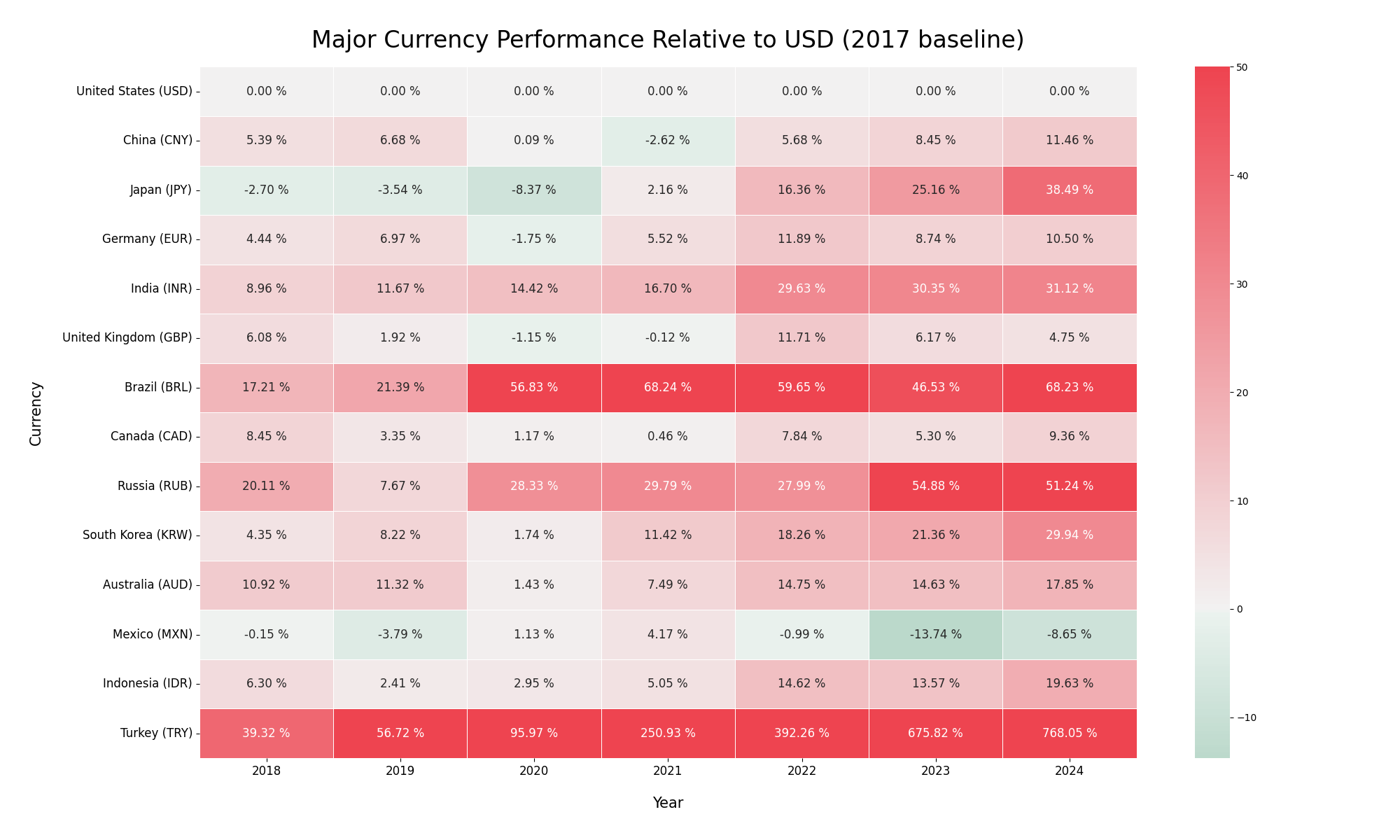
Repository: Lukeshirley/Global_Currencies_vs_USD
Script's output: python visualize_data.py
The author's editor kept a copy of each file at every save. The script's output is drawn from the files as they stood at one save, then again after the next save.
Figures wider than 1,400 px are first shrunk to that width. Random numbers start from a fixed seed.

Above is the script's output before, as saved 2024-07-23 08:57:06.

After the next save:
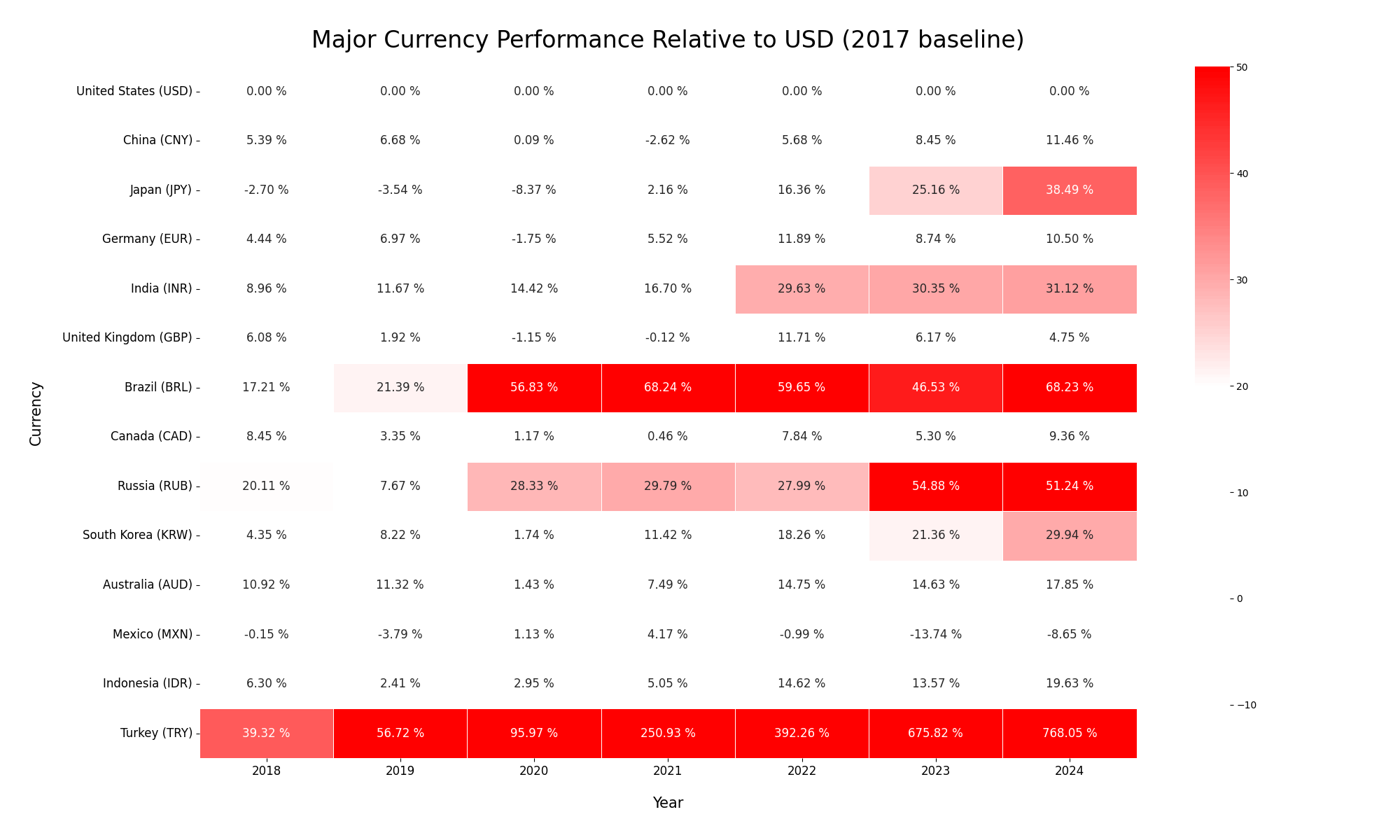
Saved 9 min 1 s later.
--- a/visualize_data.py
+++ b/visualize_data.py
@@ -1,6 +1,7 @@
 import pandas as pd
 import seaborn as sns
 import matplotlib.pyplot as plt
+from matplotlib.colors import LinearSegmentedColormap
 
 def format_for_heatmap(value):
     try:
@@ -47,9 +48,12 @@
     # Convert the percentage values for heatmap visualization
     df_filtered_values = df_filtered.applymap(format_for_heatmap)
 
+    # Custom colormap
+    colors = [(0, 'green'), (0.3, 'white'), (0.7, 'white'), (1, 'red')]
+    cmap = LinearSegmentedColormap.from_list('custom_red_green', colors, N=256)
+
     plt.figure(figsize=(20, 12))
-    cmap = sns.diverging_palette(150, 10, s=80, l=55, n=9, as_cmap=True)  # Green and Red
-    sns.heatmap(df_filtered_values, annot=df_filtered, cmap=cmap, fmt="", linewidths=.5, cbar=True, annot_kws={"size": 12}, center=0, vmax=50)
+    sns.heatmap(df_filtered_values, annot=df_filtered, cmap=cmap, fmt="", linewidths=.5, cbar=True, annot_kws={"size": 12}, center=0, vmin=-15, vmax=50)
     plt.title('Major Currency Performance Relative to USD (2017 baseline)', fontsize=24, pad=20)
     plt.xlabel('Year', fontsize=15, labelpad=20)
     plt.ylabel('Currency', fontsize=15, labelpad=20)

After the save that followed:
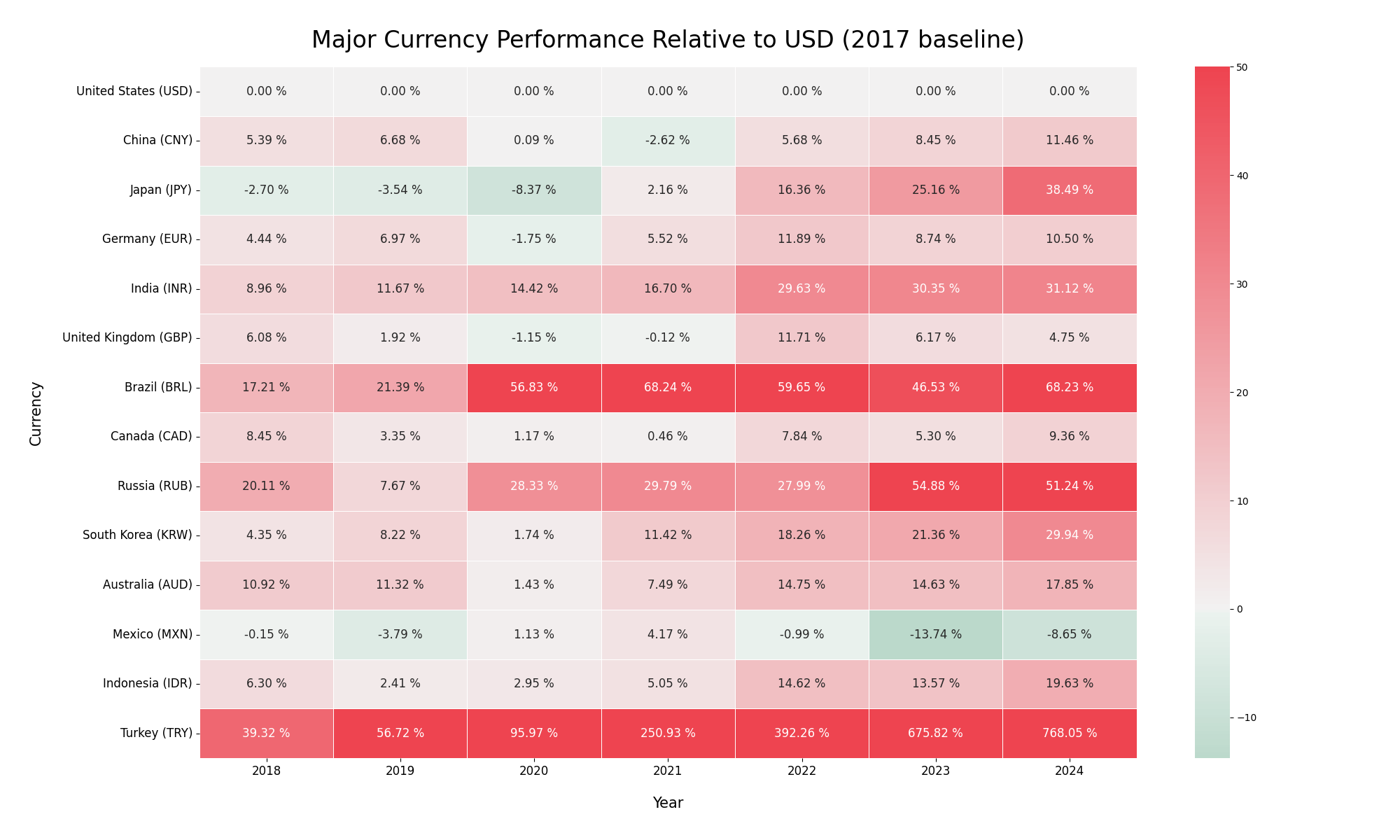
Saved 68 s later.
--- a/visualize_data.py
+++ b/visualize_data.py
@@ -1,7 +1,6 @@
 import pandas as pd
 import seaborn as sns
 import matplotlib.pyplot as plt
-from matplotlib.colors import LinearSegmentedColormap
 
 def format_for_heatmap(value):
     try:
@@ -48,12 +47,9 @@
     # Convert the percentage values for heatmap visualization
     df_filtered_values = df_filtered.applymap(format_for_heatmap)
 
-    # Custom colormap
-    colors = [(0, 'green'), (0.3, 'white'), (0.7, 'white'), (1, 'red')]
-    cmap = LinearSegmentedColormap.from_list('custom_red_green', colors, N=256)
-
     plt.figure(figsize=(20, 12))
-    sns.heatmap(df_filtered_values, annot=df_filtered, cmap=cmap, fmt="", linewidths=.5, cbar=True, annot_kws={"size": 12}, center=0, vmin=-15, vmax=50)
+    cmap = sns.diverging_palette(150, 10, s=80, l=55, n=9, as_cmap=True)  # Green and Red
+    sns.heatmap(df_filtered_values, annot=df_filtered, cmap=cmap, fmt="", linewidths=.5, cbar=True, annot_kws={"size": 12}, center=0, vmax=50)
     plt.title('Major Currency Performance Relative to USD (2017 baseline)', fontsize=24, pad=20)
     plt.xlabel('Year', fontsize=15, labelpad=20)
     plt.ylabel('Currency', fontsize=15, labelpad=20)
